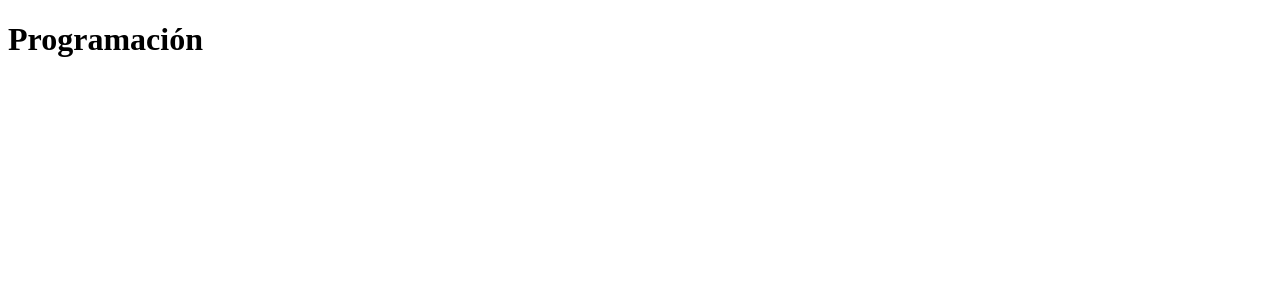
Repository: dalila777-xu/radiopakal1040am
Page: http://localhost/admin.php
An editor plug-in stored every save of this project. The page is shown before and after the next save, followed by the edit.
The browser window is 1280 px wide. The pictures show the whole page.
The page is run by PHP 8.4 with error messages shown; the project is at /var/www/html/. Queries for data that is not in the repository find no rows.

Above is the page before, as saved 2026-06-06 11:47:51.

After the next save:
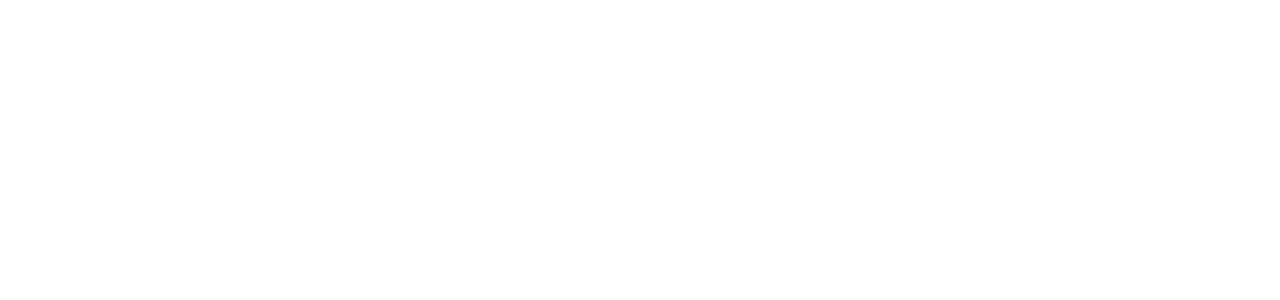
Saved 76 min 35 s later.
--- a/admin.php
+++ b/admin.php
@@ -1,23 +1,19 @@
-<?php include("db.php"); ?>
-<!DOCTYPE html>
-<html lang="es">
-<head>
-  <meta charset="UTF-8">
-  <title>Radio Pakal 1040 AM</title>
-</head>
-<body>
-  <h1>Programación</h1>
-  <ul>
-    <?php
-    $result = mysqli_query($conn, "SELECT hora, programa FROM programacion");
-    if ($result) {
-        while ($row = mysqli_fetch_assoc($result)) {
-            echo "<li>" . $row['hora'] . " - " . $row['programa'] . "</li>";
-        }
-    } else {
-        echo "<li>No hay datos disponibles.</li>";
-    }
-    ?>
-  </ul>
-</body>
-</html>
+<?php
+// Configuración de la base de datos
+$db_host = "localhost";
+$db_user = "root";
+$db_pass = "12345678"; // Cambiar por tu contraseña de MySQL
+$db_name = "radio_pakal";
+
+$conn = mysqli_connect($db_host, $db_user, $db_pass, $db_name);
+
+// Validar si la conexión falló
+if (!$conn) {
+    die("<div style='color:red; font-family:sans-serif; text-align:center; margin-top:20px;'>
+            <h3>❌ Error de conexión a la base de datos</h3>" . mysqli_connect_error() . "
+         </div>");
+}
+
+// Forzar codificación UTF-8 para evitar problemas con acentos o eñes
+mysqli_set_charset($conn, "utf8mb4");
+?>

After the save that followed:
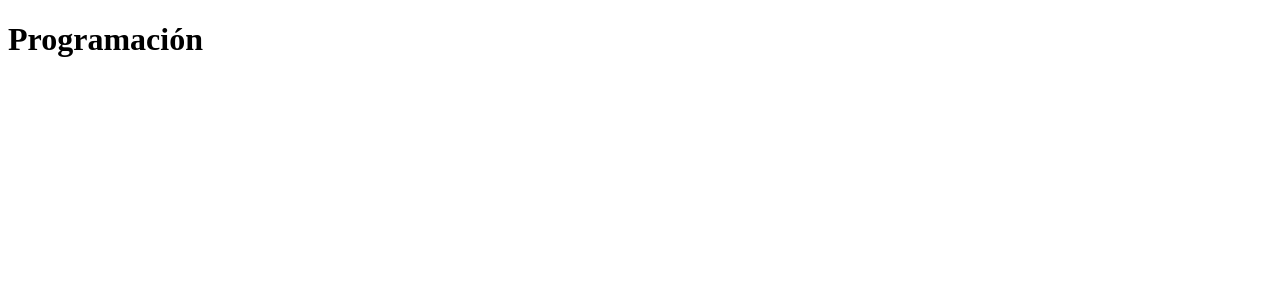
Saved 66 s later.
--- a/admin.php
+++ b/admin.php
@@ -1,19 +1,23 @@
-<?php
-// Configuración de la base de datos
-$db_host = "localhost";
-$db_user = "root";
-$db_pass = "12345678"; // Cambiar por tu contraseña de MySQL
-$db_name = "radio_pakal";
-
-$conn = mysqli_connect($db_host, $db_user, $db_pass, $db_name);
-
-// Validar si la conexión falló
-if (!$conn) {
-    die("<div style='color:red; font-family:sans-serif; text-align:center; margin-top:20px;'>
-            <h3>❌ Error de conexión a la base de datos</h3>" . mysqli_connect_error() . "
-         </div>");
-}
-
-// Forzar codificación UTF-8 para evitar problemas con acentos o eñes
-mysqli_set_charset($conn, "utf8mb4");
-?>
+<?php include("db.php"); ?>
+<!DOCTYPE html>
+<html lang="es">
+<head>
+  <meta charset="UTF-8">
+  <title>Radio Pakal 1040 AM</title>
+</head>
+<body>
+  <h1>Programación</h1>
+  <ul>
+    <?php
+    $result = mysqli_query($conn, "SELECT hora, programa FROM programacion");
+    if ($result) {
+        while ($row = mysqli_fetch_assoc($result)) {
+            echo "<li>" . $row['hora'] . " - " . $row['programa'] . "</li>";
+        }
+    } else {
+        echo "<li>No hay datos disponibles.</li>";
+    }
+    ?>
+  </ul>
+</body>
+</html>
